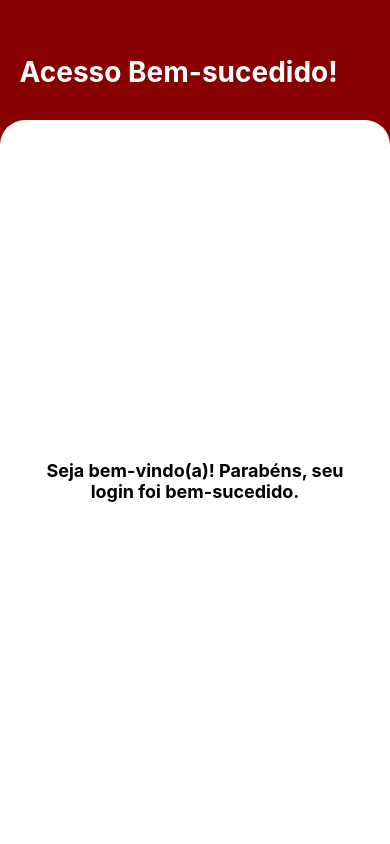
Repository: Matheus904-12/Login-React
Screen: /sucedido (app in SENAI/)
The author's editor kept a copy of each file at every save. The screen is drawn from the files as they stood at one save, then again after the next save.
The app was drawn by React Native's web renderer in a window 390 px wide. The project was rebuilt for these pictures with package versions that can differ from the ones it lists, and the page was loaded fresh each time. Some packages were replaced by stand-ins written for this rebuild. Also part of the build but not shown: SENAI/pages/entrada.js, SENAI/pages/cadastro.js.

Above is the screen before, as saved 2024-04-29 19:30:11.

After the next save:
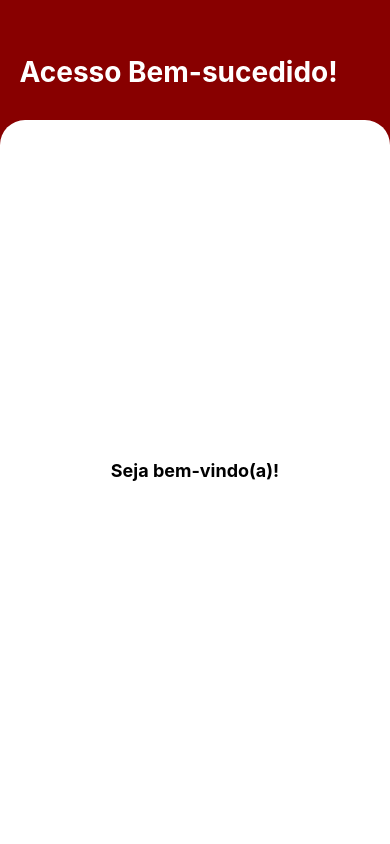
Saved 8 min 3 s later.
--- a/SENAI/pages/sucedido.js
+++ b/SENAI/pages/sucedido.js
@@ -17,7 +17,7 @@
                         style={styles.logo}
                     />
                     <Text style={styles.mensagemTexto}>
-                        Seja bem-vindo(a)! Parabéns, seu login foi bem-sucedido.
+                        Seja bem-vindo(a)!
                     </Text>
                 </View>
             </Animatable.View>
